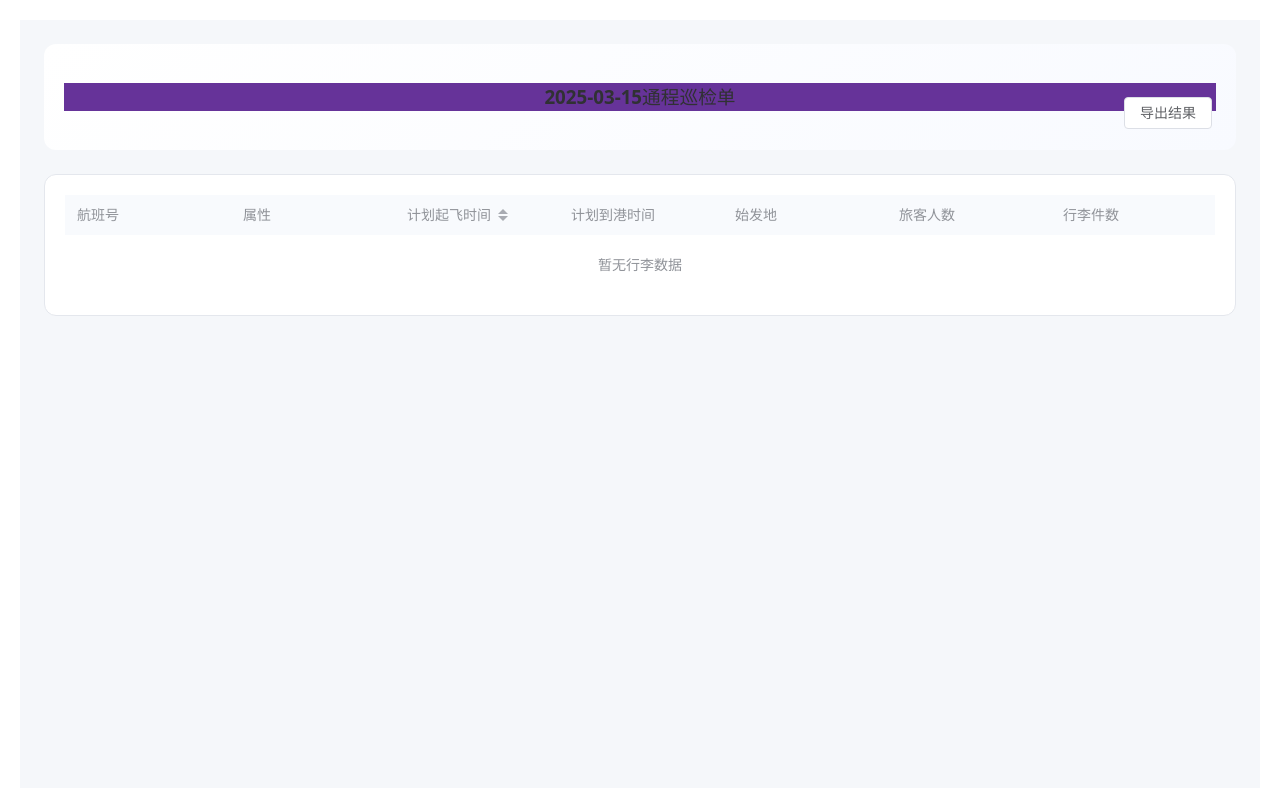
Repository: jhonMacTavish/through-baggage-info-check
Page: / (app in web/)
An editor plug-in stored every save of this project. The page is shown before and after the next save, followed by the edit.
The browser window is 1280 px wide. The pictures show the whole page.
The page's requests for data from a server got no answer. The project was rebuilt for these pictures with package versions that can differ from the ones it lists, and the page was loaded fresh each time. No one was signed in, and anything a server would have sent is missing. Also part of the build but not shown: web/vite.config.js, web/src/components/Header.vue.

Above is the page before, as saved 2025-03-27 14:50:33.

After the next save:
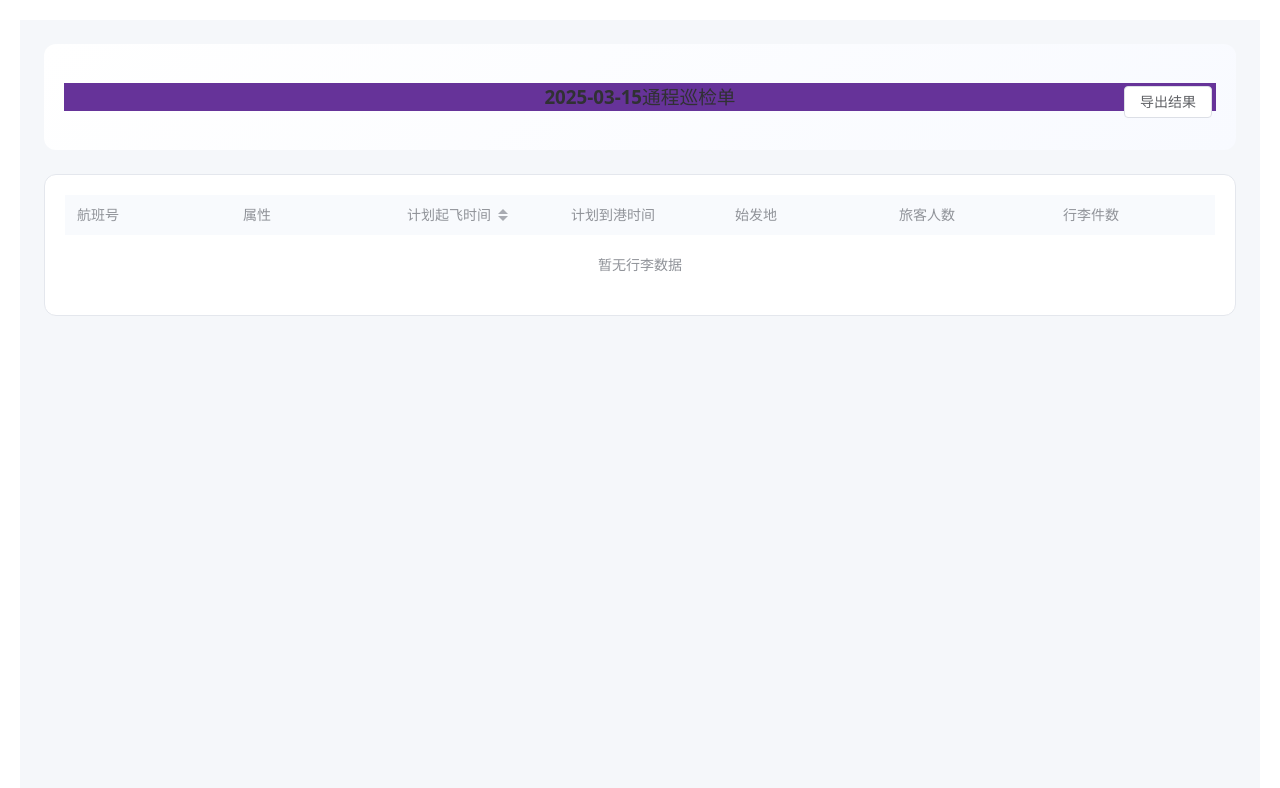
Saved 7 s later.
--- a/web/src/App.vue
+++ b/web/src/App.vue
@@ -104,7 +104,7 @@ onMounted(() => {
     .btn-seal {
       position: absolute;
       right: 24px;
-      top: 50%;
+      top: 40%;
     }
   }
 }
